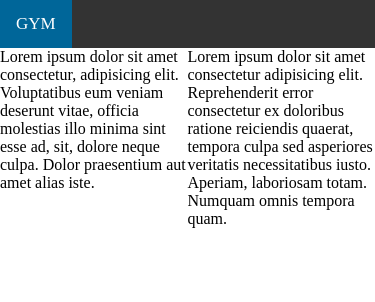
Repository: mcleanka/gym-management-system
Page: index.html
An editor plug-in stored every save of this project. The page is shown before and after the next save, followed by the edit.
The browser window is 375 px wide. The pictures show the whole page.

Above is the page before, as saved 2022-07-01 16:45:13.

After the next save:
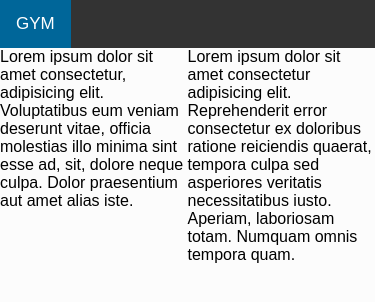
Saved 78 s later.
--- a/css/style.css
+++ b/css/style.css
@@ -107,16 +107,142 @@
 	}
 }
 
+* {
+	margin: 0;
+	padding: 0;
+	box-sizing: border-box;
+}
+
 body {
-	font-family: "Times New Roman", Georgia, Serif;
-}
-
-h1,
-h2,
-h3,
-h4,
-h5,
-h6 {
-	font-family: "Playfair Display";
-	letter-spacing: 5px;
-}
+	background: #fcfcfc;
+	font-family: sans-serif;
+}
+
+footer {
+	position: absolute;
+	bottom: 0;
+	left: 0;
+	right: 0;
+	background: #111;
+	height: auto;
+	width: 100vw;
+
+	padding-top: 40px;
+	color: #fff;
+}
+
+.footer-content {
+	display: flex;
+	align-items: center;
+	justify-content: center;
+	flex-direction: column;
+	text-align: center;
+}
+
+.footer-content h3 {
+	font-size: 2.1rem;
+	font-weight: 500;
+	text-transform: capitalize;
+	line-height: 3rem;
+}
+
+.footer-content p {
+	max-width: 500px;
+	margin: 10px auto;
+	line-height: 28px;
+	font-size: 14px;
+	color: #cacdd2;
+}
+
+.socials {
+	list-style: none;
+	display: flex;
+	align-items: center;
+	justify-content: center;
+	margin: 1rem 0 3rem 0;
+}
+
+.socials li {
+	margin: 0 10px;
+}
+
+.socials a {
+	text-decoration: none;
+	color: #fff;
+	border: 1.1px solid white;
+	padding: 5px;
+
+	border-radius: 50%;
+
+}
+
+.socials a i {
+	font-size: 1.1rem;
+	width: 20px;
+
+
+	transition: color .4s ease;
+
+}
+
+.socials a:hover i {
+	color: aqua;
+}
+
+.footer-bottom {
+	background: #000;
+	width: 100vw;
+	padding: 20px;
+	padding-bottom: 40px;
+	text-align: center;
+}
+
+.footer-bottom p {
+	float: left;
+	font-size: 14px;
+	word-spacing: 2px;
+	text-transform: capitalize;
+}
+
+.footer-bottom p a {
+	color: #44bae8;
+	font-size: 16px;
+	text-decoration: none;
+}
+
+.footer-bottom span {
+	text-transform: uppercase;
+	opacity: .4;
+	font-weight: 200;
+}
+
+.footer-menu {
+	float: right;
+
+}
+
+.footer-menu ul {
+	display: flex;
+}
+
+.footer-menu ul li {
+	padding-right: 10px;
+	display: block;
+}
+
+.footer-menu ul li a {
+	color: #cfd2d6;
+	text-decoration: none;
+}
+
+.footer-menu ul li a:hover {
+	color: #27bcda;
+}
+
+@media (max-width:500px) {
+	.footer-menu ul {
+		display: flex;
+		margin-top: 10px;
+		margin-bottom: 20px;
+	}
+}
